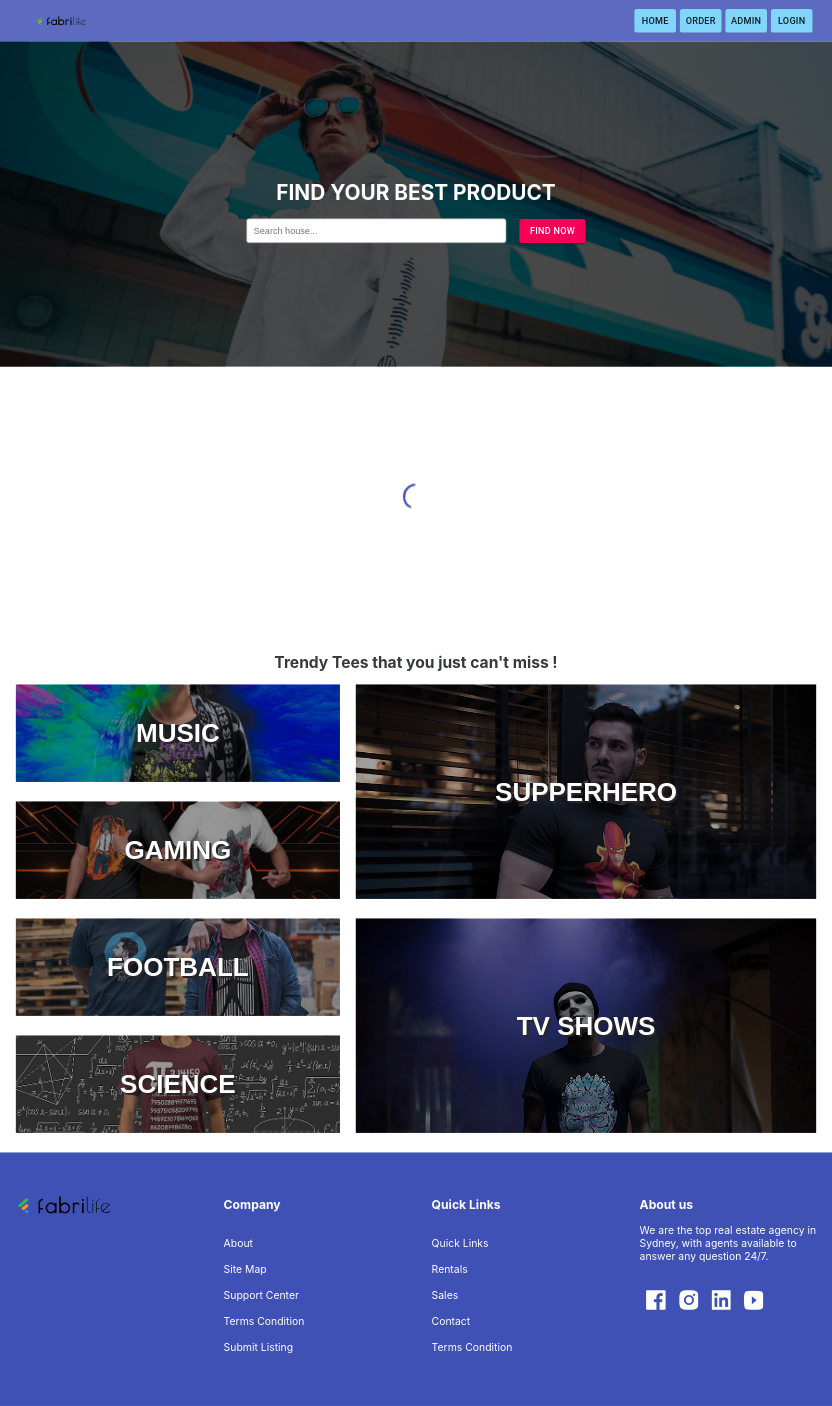
Repository: arif286/fabrilife-E-commerce-client-site
Page: /
The author's editor kept a copy of each file at every save. The page is drawn from the files as they stood at one save, then again after the next save.
The browser window is 1280 px wide. The pictures show the whole page, at 65% of full size.
The page's requests for data from a server got no answer. The project was rebuilt for these pictures with package versions that can differ from the ones it lists, and the page was loaded fresh each time. No one was signed in, and anything a server would have sent is missing. Also part of the build but not shown: src/components/Admin/Admin.css, src/components/Admin/AddEvent/AddEvent.css, src/components/Admin/AddEvent/AddEvent.js, src/components/Admin/ProductManage/ProductManage.js, src/components/Admin/Sidebar/Sidebar.css, src/components/Admin/Sidebar/Sidebar.js, src/components/Admin/Admin.js, src/components/CheckOut/CheckOut.css and 10 more.

Above is the page before, as saved 2021-04-01 23:00:13.

After the next save:
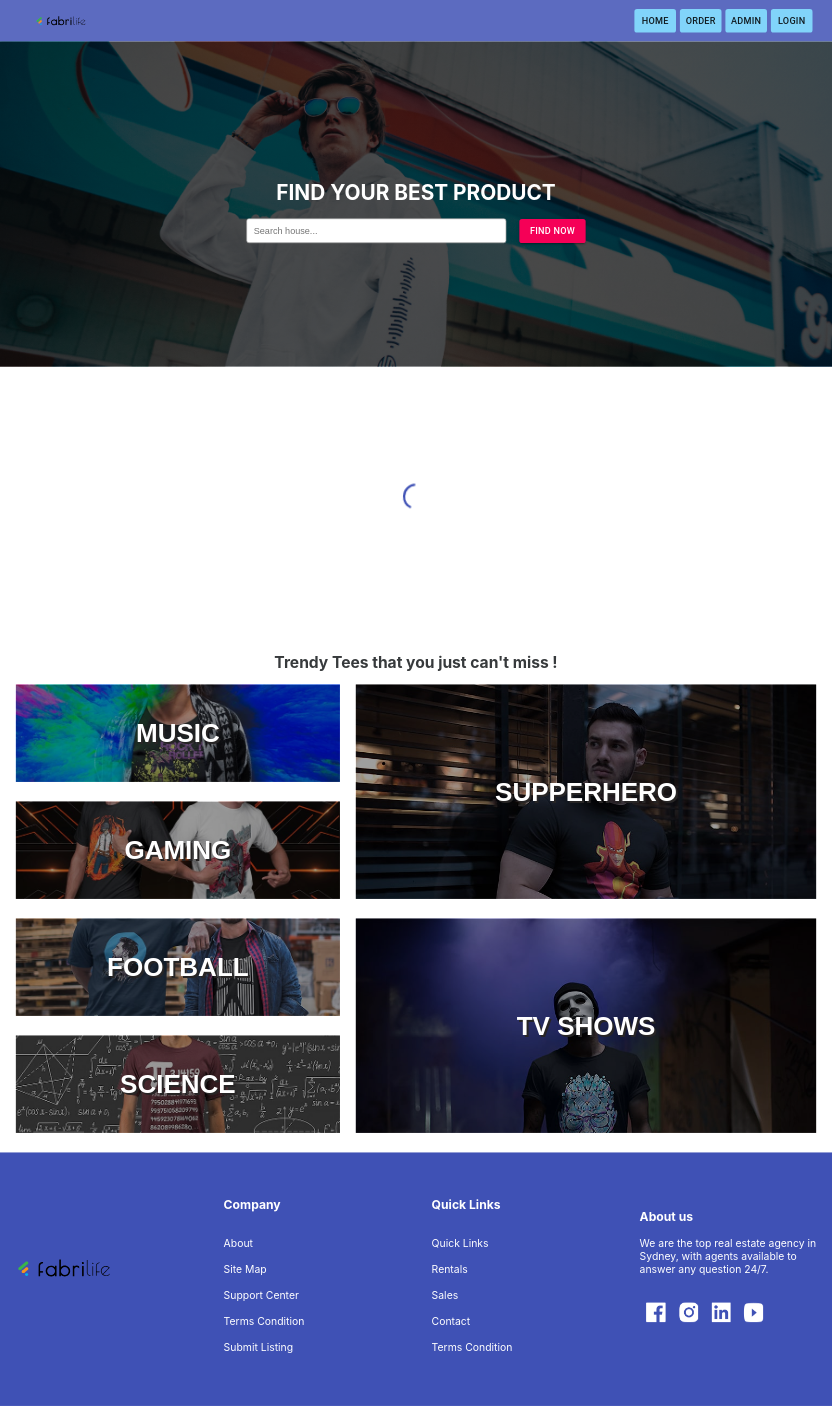
Saved 21 s later.
--- a/src/components/Footer/Footer.js
+++ b/src/components/Footer/Footer.js
@@ -26,7 +26,7 @@
   return (
     <footer>
       <Container>
-        <Grid container justify='center' spacing ={6}>
+        <Grid container alignItems='center' spacing ={6}>
           <Grid item xs={12} sm={6} md={3}>
             <p>
               <img className="footer-logo" src={Logo} alt="" />

After the save that followed:
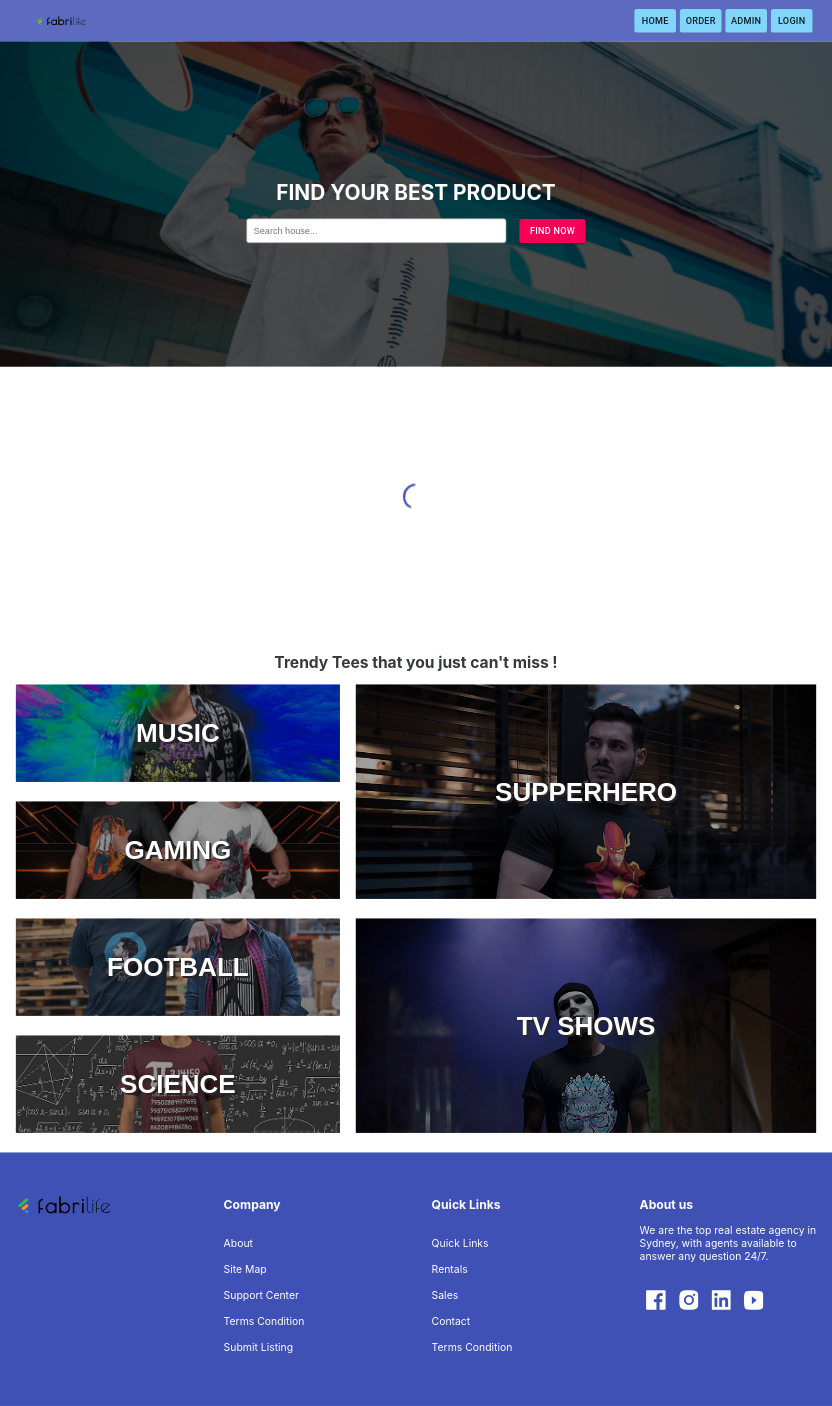
Saved 7 s later.
--- a/src/components/Footer/Footer.js
+++ b/src/components/Footer/Footer.js
@@ -26,7 +26,7 @@
   return (
     <footer>
       <Container>
-        <Grid container alignItems='center' spacing ={6}>
+        <Grid container alignContent='center' spacing ={6}>
           <Grid item xs={12} sm={6} md={3}>
             <p>
               <img className="footer-logo" src={Logo} alt="" />
